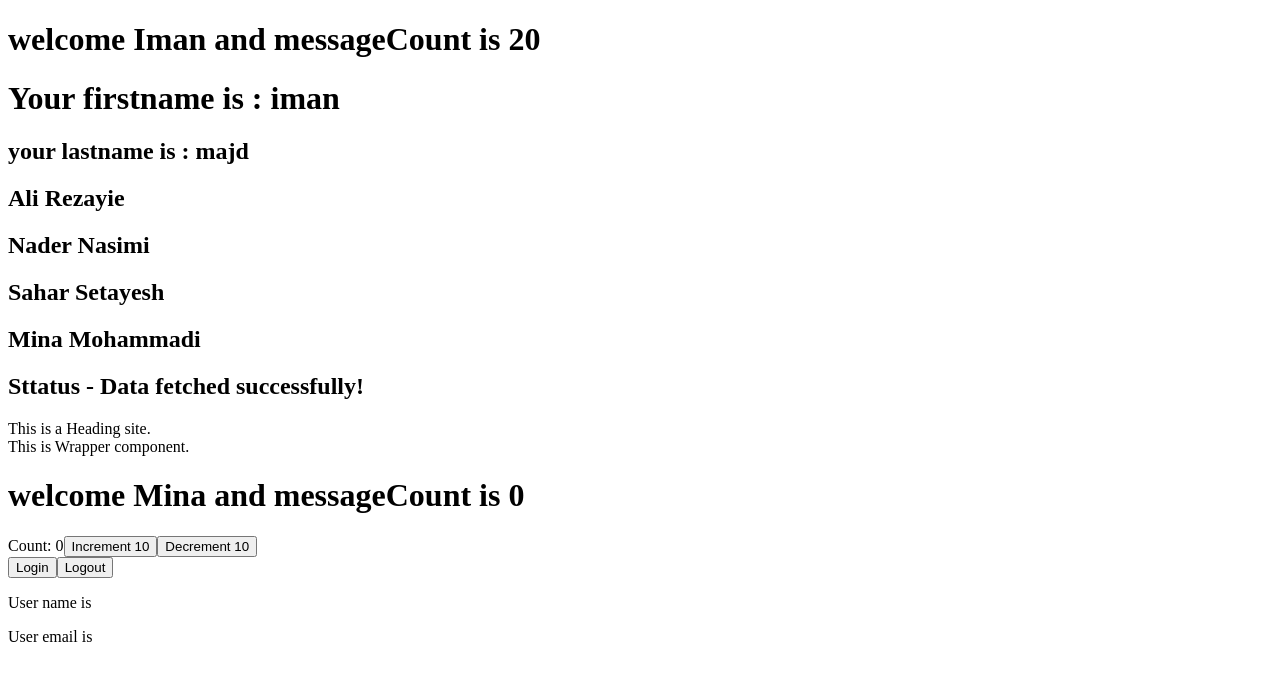
Repository: imangame2125/Typescript-learn-course
Page: /
These files come from the project's save history. The page is drawn as it stood at one moment and after the next save; the edit follows.
The browser window is 1280 px wide. The pictures show the whole page.
The project was rebuilt for these pictures with package versions that can differ from the ones it lists, and the page was loaded fresh each time.

Above is the page before, as saved 2023-09-30 18:15:44.

After the next save:
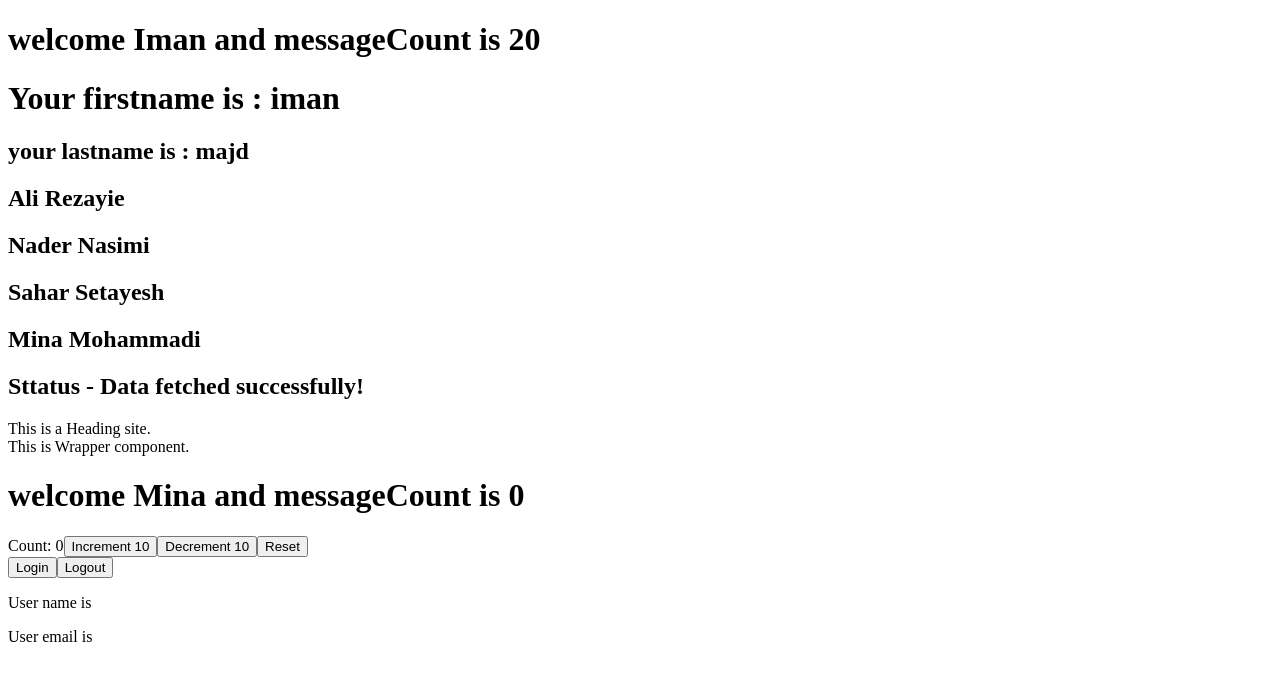
Saved 21 s later.
--- a/src/components/pages/Counter.tsx
+++ b/src/components/pages/Counter.tsx
@@ -46,6 +46,7 @@ const Container = () => {
       <button onClick={handleInc}>Increment 10</button>
       {/* <button onClick={() => dispatch({ type: "DECREMENT", payload: 10 })}> */}
       <button onClick={handleDic}>Decrement 10</button>
+      <button>Reset</button>
     </>
   );
 };
